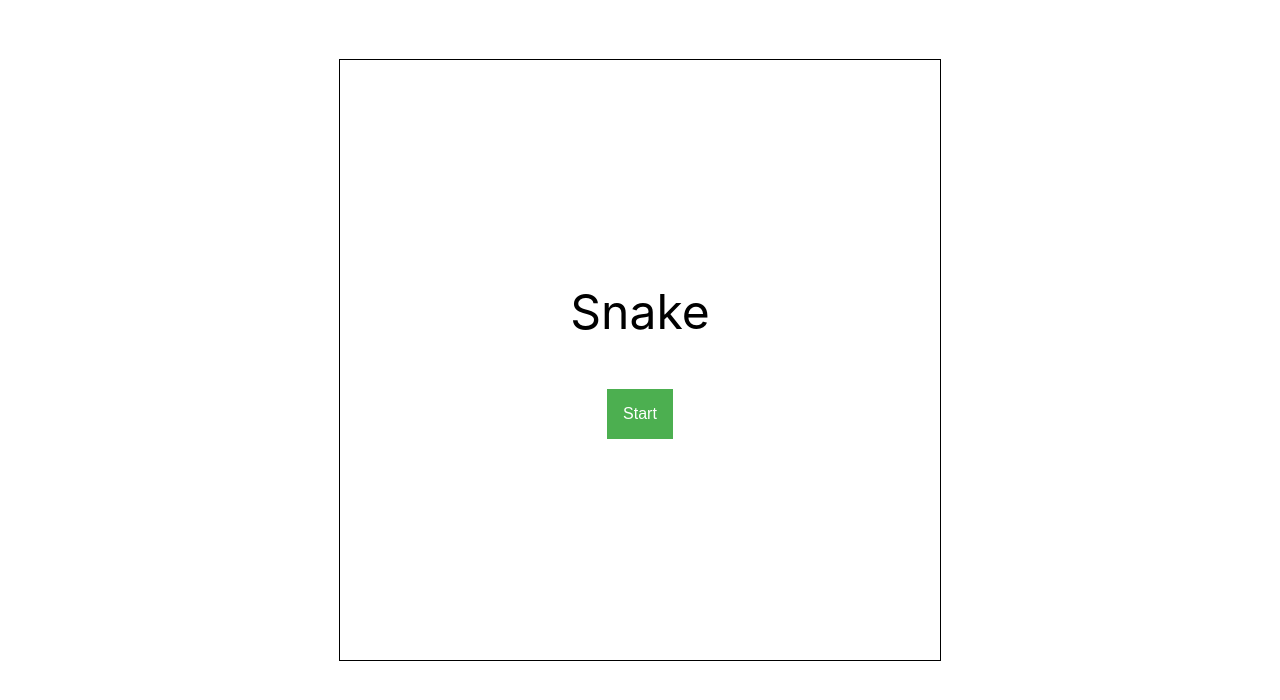
Repository: meills/react-snake
Page: /
These files come from the project's save history. The page is drawn as it stood at one moment and after a run of saves; the edit follows.
The browser window is 1280 px wide. The pictures show the whole page.
The project was rebuilt for these pictures with package versions that can differ from the ones it lists, and the page was loaded fresh each time. Also part of the build but not shown: src/components/Snakeboard.js, src/styles/App.css.

Above is the page before, as saved 2020-06-15 17:56:47.

After the next 2 saves:
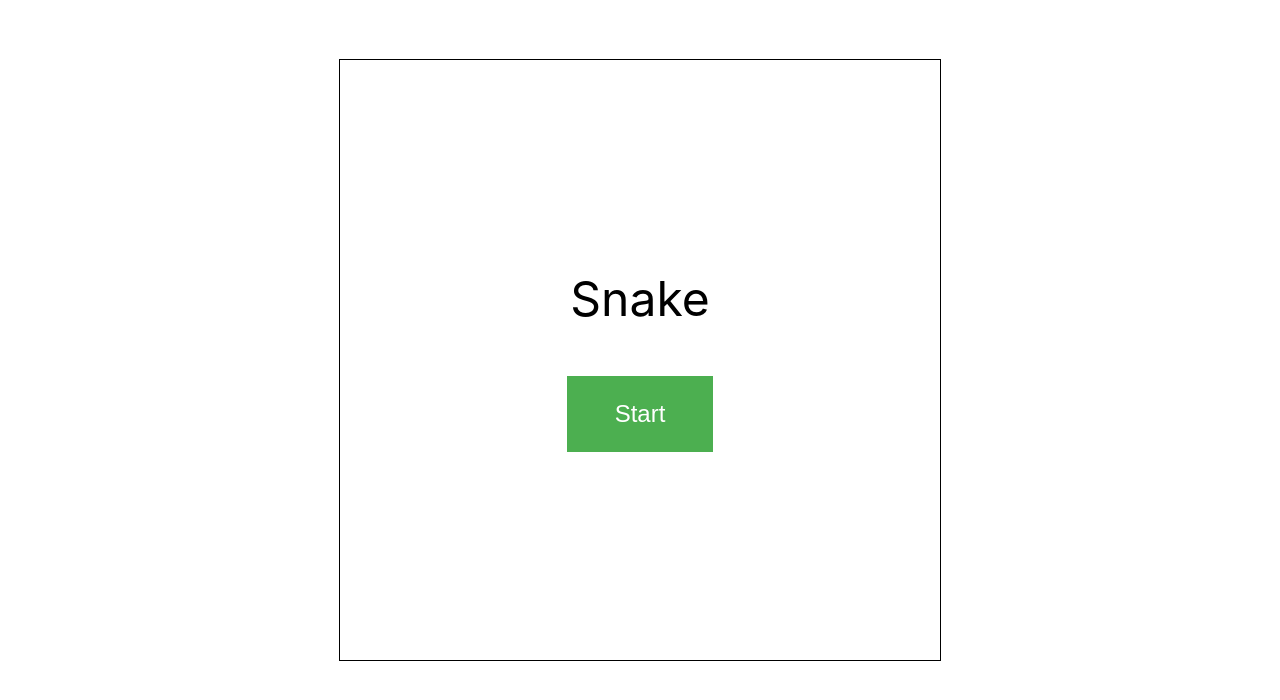
The 2 saves are shown as one change because they came seconds apart.
The last was saved 8 s later.
--- a/src/styles/snakeboard.css
+++ b/src/styles/snakeboard.css
@@ -27,11 +27,11 @@ button {
     background-color: #4CAF50; /* Green */
     border: none;
     color: white;
-    padding: 1em 1em;
+    padding: 1em 2em;
     text-align: center;
     text-decoration: none;
     display: inline-block;
-    font-size: 16px;
+    font-size: 1.5em;
 }
 
 
